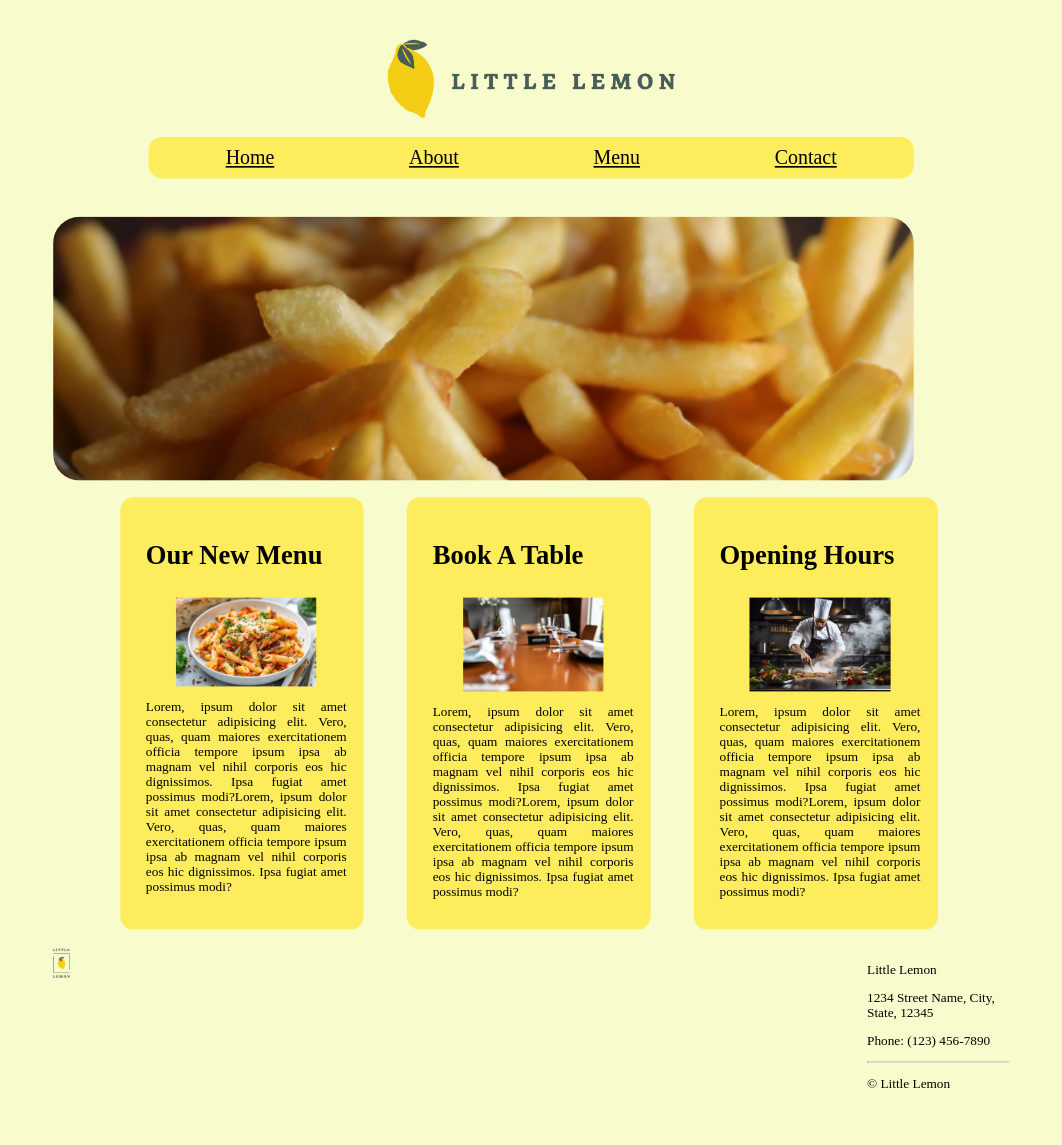
Repository: Yeshwanth-189/meta-html-css
Page: index.html
An editor plug-in stored every save of this project. The page is shown before and after the next save, followed by the edit.
The browser window is 1280 px wide. The pictures show the whole page, at 83% of full size.

Above is the page before, as saved 2025-04-22 00:05:21.

### index.html
<!DOCTYPE html>
<html lang="en">
    <head>
        <meta charset="UTF-8">
        <meta name="viewport" content="width=device-width, initial-scale=1.0">
        <title>Little Lemon</title>
        <link rel="stylesheet" href="styles.css">
        <meta name="description" content="A simple web page for Little Lemon restaurant.">
        <meta name="author" content="Little Lemon Restaurant">
    </head>
    <body>
        <header>
            <img src="/Logos/Asset 16@4x.png" alt="Little Lemon Logo" id="logo">
            <nav id="navbar">
                <ul>
                    <li><a href="home">Home</a></li>
                    <li><a href="about">About</a></li>
                    <li><a href="menu">Menu</a></li>
                    <li><a href="contact">Contact</a></li>
                </ul>
        </header>
        <main>
            <div>
                <img src="/Logos/image.png" alt="discount-image" id="discount-image">
                <p></p>
            </div>
            <section>
                <article>
                    <h1>Our New Menu</h1>
                    <img src="/Logos/Pasta.png" alt="Pasta Image" id="article-image">
                    <p>Lorem, ipsum dolor sit amet consectetur adipisicing elit. Vero, quas, quam maiores exercitationem officia tempore ipsum ipsa ab magnam vel nihil corporis eos hic dignissimos. Ipsa fugiat amet possimus modi?Lorem, ipsum dolor sit amet consectetur adipisicing elit. Vero, quas, quam maiores exercitationem officia tempore ipsum ipsa ab magnam vel nihil corporis eos hic dignissimos. Ipsa fugiat amet possimus modi?</p>
                </article>
                <article>
                    <h1>Book A Table</h1>
                    <img src="/Logos/reserve.jpg" alt="Reserve Image" id="article-image">
                    <p>Lorem, ipsum dolor sit amet consectetur adipisicing elit. Vero, quas, quam maiores exercitationem officia tempore ipsum ipsa ab magnam vel nihil corporis eos hic dignissimos. Ipsa fugiat amet possimus modi?Lorem, ipsum dolor sit amet consectetur adipisicing elit. Vero, quas, quam maiores exercitationem officia tempore ipsum ipsa ab magnam vel nihil corporis eos hic dignissimos. Ipsa fugiat amet possimus modi?</p>
                </article>
                <article>
                    <h1>Opening Hours</h1>
                    <img src="/Logos/Chef.jpg" alt="Chef Image" id="article-image">
                    <p>Lorem, ipsum dolor sit amet consectetur adipisicing elit. Vero, quas, quam maiores exercitationem officia tempore ipsum ipsa ab magnam vel nihil corporis eos hic dignissimos. Ipsa fugiat amet possimus modi?Lorem, ipsum dolor sit amet consectetur adipisicing elit. Vero, quas, quam maiores exercitationem officia tempore ipsum ipsa ab magnam vel nihil corporis eos hic dignissimos. Ipsa fugiat amet possimus modi?</p>
                </article>
            </section>
        </main>
        <footer>
            <div>
                <img src="/Logos/Asset 20@4x.png" alt="Little Lemon Logo">
            </div>
            <div>
                <p>Little Lemon</p>
                <p>1234 Street Name, City, State, 12345</p>
                <p>Phone: (123) 456-7890</p>
                <p><hr></p>
                <p>&copy; Little Lemon</p>
            </div>
        </footer>
</html>

### styles.css
body {
  background-color: #f8fccc;
  margin-top: 3rem;
  margin-bottom: 3rem;
  margin-left: 5%;
  margin-right: 5%;
}
h1 {
  font-size: 3rem;
}
h1 {
  font-size: 2rem;
}
header > img {
  display: block;
  margin-left: auto;
  margin-right: auto;
  width: 30%;
  height: auto;
}
#discount-image {
  width: 90%;
  height: auto;
  margin-top: 2%;
  margin-left: auto;
  border-radius: 2rem;
}
nav ul {
  margin: 2% 10% 2% 10%;
  list-style-type: none;
  text-align: center;
  padding: 1%;
  background-color: rgb(253, 237, 92);
  display: flex;
  font-size: 1.5rem;
  border-radius: 1rem;
  justify-content: space-around;
}
nav li {
  display: inline-block;
}
section {
  display: flex;
  margin: 0% 3% 0% 7%;
}
article {
  flex: 1;
  padding-left: 3%;
  padding-right: 2%;
  padding-top: 2%;
  padding-bottom: 2%;
  text-align: justify;
  background-color: rgb(253, 237, 92);
  margin-right: 5%;
  border-radius: 1rem;
}
article > img {
  display: block;
  margin-left: auto;
  margin-right: auto;
  width: 70%;
  height: auto;
}
footer {
  display: flex;
  align-content: flex-start;
  margin-top: 2%;
}
footer > div > img {
  display: block;
  width: 2%;
  height: auto;
}
a {
  color: black;
}

After the next save:
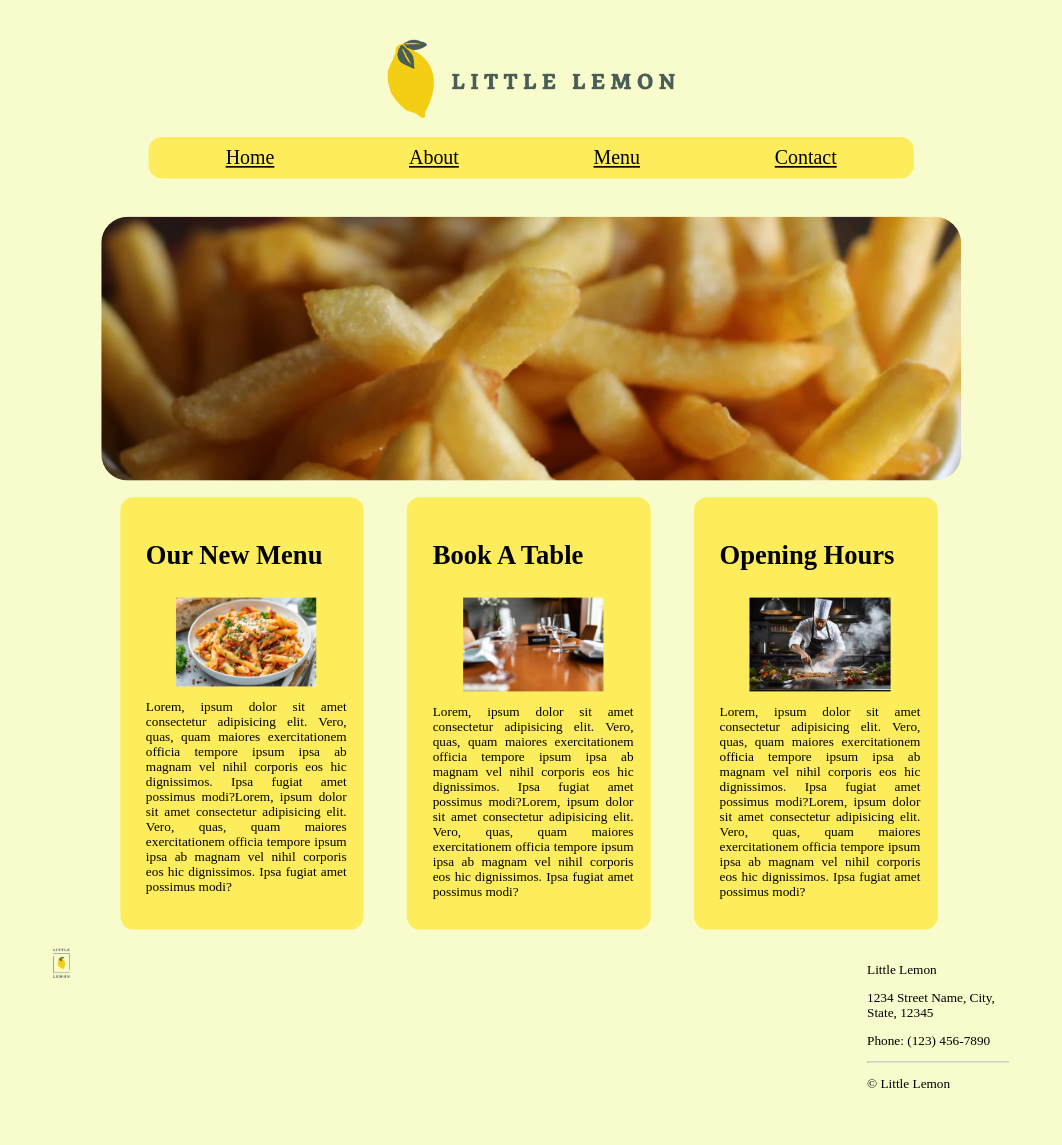
Saved 6 s later.
--- a/styles.css
+++ b/styles.css
@@ -22,7 +22,7 @@
   width: 90%;
   height: auto;
   margin-top: 2%;
-  margin-left: auto;
+  margin-left: 5%;
   border-radius: 2rem;
 }
 nav ul {
